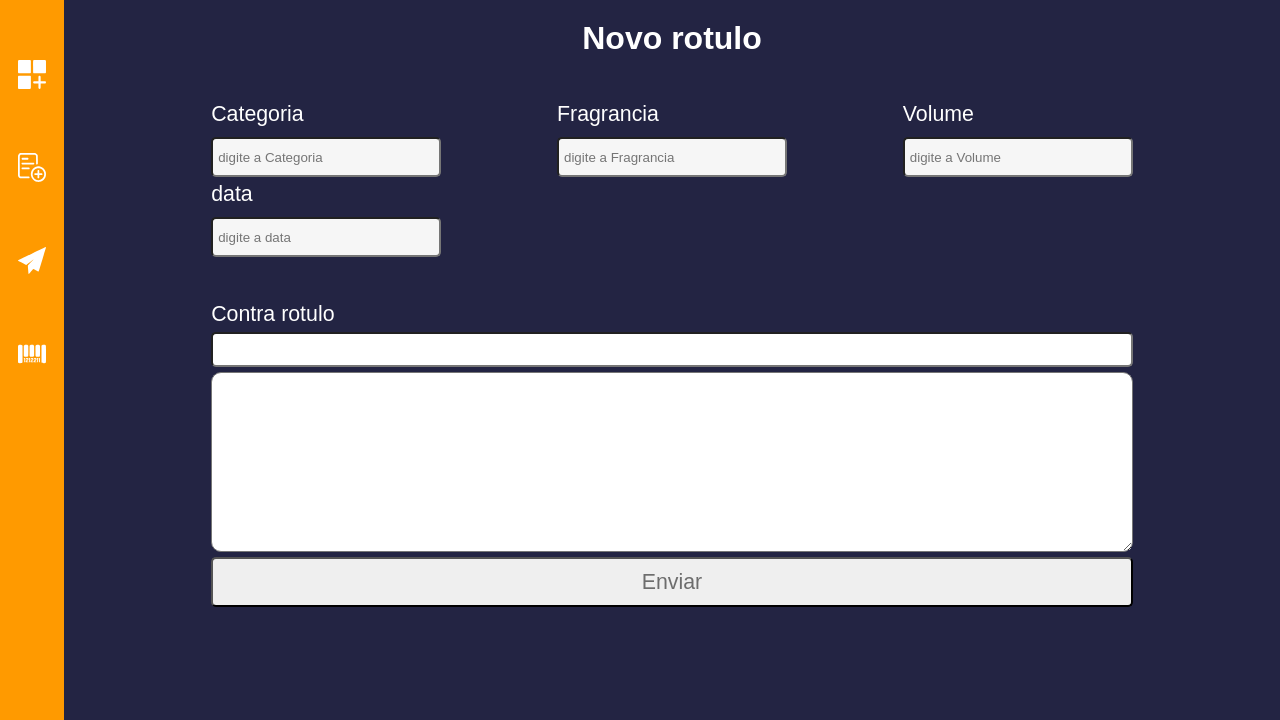
Repository: jeanjanrley/Organizador-de-rotulos
Page: /
These files come from the project's save history. The page is drawn as it stood at one moment and after a run of saves; the edit follows.
The browser window is 1280 px wide. The pictures show the whole page.
The project was rebuilt for these pictures with package versions that can differ from the ones it lists, and the page was loaded fresh each time. Also part of the build but not shown: src/components/rotulo/style.scss, src/components/rotulo/index.js, src/pages/consultar/index.js, src/pages/fragrancia/styles.scss, src/pages/fragrancia/index.jsx, src/pages/categoria/styles.scss, src/pages/categoria/index.jsx, src/pages/responsavel/styles.scss and 5 more.

Above is the page before, as saved 2021-06-29 20:28:13.

After the next 2 saves:
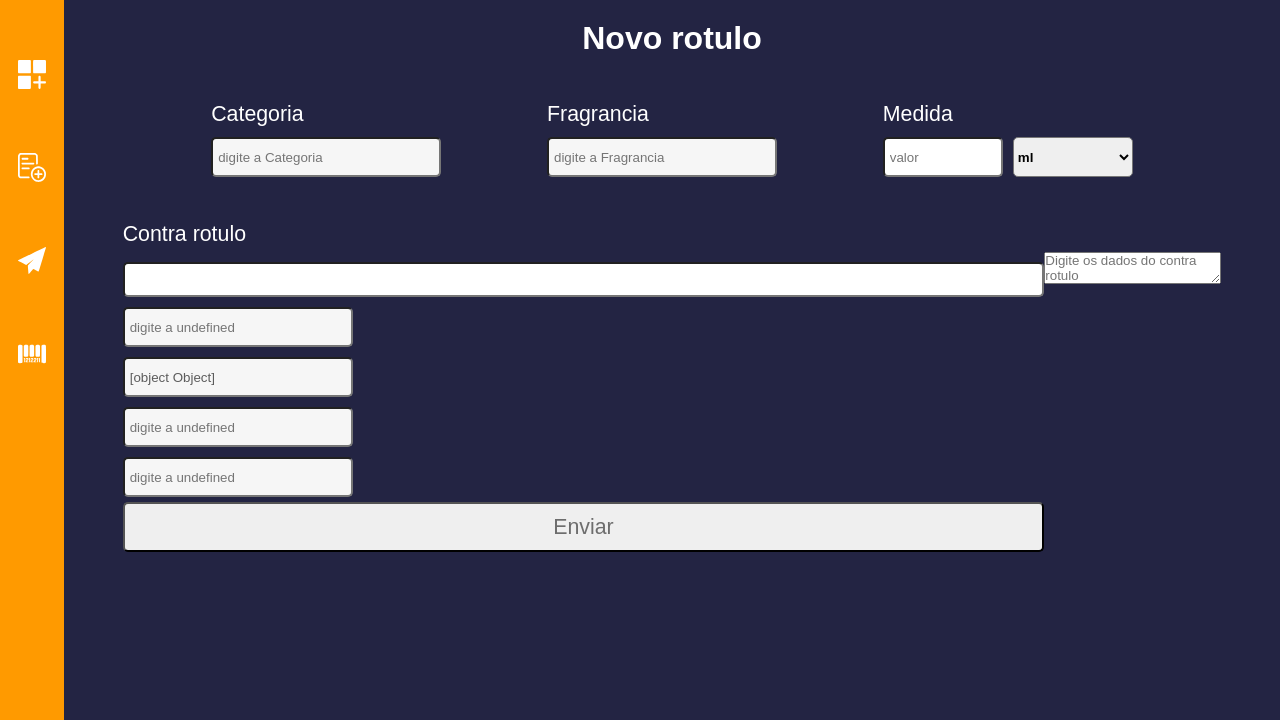
The 2 saves are shown as one change because they came seconds apart.
The last was saved 3 min 45 s later.
--- a/src/pages/home/Home.js
+++ b/src/pages/home/Home.js
@@ -2,6 +2,7 @@ import React, {useState} from 'react';
 import Aside from '../../components/aside/index'
 import Filter from '../../components/filter/index'
 import {firebase} from '../../services/firebase'
+import Medida from '../../components/medida/index'
 
 import './styles.scss'
 
@@ -9,17 +10,23 @@ import './styles.scss'
 export default function Home(){
     const [categoria, setCategoria] = useState('')
     const [fragrancia, setFragrancia] = useState('')
-    const [volume, setVolume] = useState('')
-    const [data, setData] = useState('')
+    const [medida, setMedida] = useState({})
+    const [lote, setLote] = useState('')
+    const [data, setData] = useState({})
+    const [validade, setValidade] = useState(null)
+    const [responsavel, setResponsavel] = useState('')
+    const [contraRotulo, setContraRotulo] = useState('')
     const [contraRotulos, setContraRotulos] = useState('')
-    const [contraRotulo, setContraRotulo] = useState('')
 
-    function writeRotulo(categoria, fragrancia, volume, data, contraRotulo) {
-        firebase.database().ref('rotulos/' + `${categoria}/${categoria} - ${fragrancia} - ${volume}`).set({
+    function writeRotulo (categoria, fragrancia, medida, lote, data, validade, responsavel, contraRotulo) {
+        firebase.database().ref('rotulos/' + `${categoria} | ${fragrancia} | ${medida}`).set({
           categoria: categoria,
           fragrancia: fragrancia,
-          volume: volume,
-          data: data,
+          medida: medida,
+          lote: lote,
+          dataDeProdução: data,
+          validade: validade,
+          responsavel: responsavel,
           contraRotulo: contraRotulo,
         });
       }
@@ -34,30 +41,45 @@ export default function Home(){
 
                 <h1>Novo rotulo</h1>
                 <div className="filterArea">
-                    <Filter title="Categoria" setState={setCategoria} value={categoria}/>
-                    <Filter title="Fragrancia" setState={setFragrancia} value={fragrancia}/>
-                    <Filter title="Volume" setState={setVolume} value={volume}/>
-                    <Filter title="data" setState={setData} value={data}/>
+                    <Filter placeholder="Ex: 'Sabonete liquido..'" title="Categoria" setState={setCategoria} value={categoria}/>
+                    <Filter placeholder="Ex: 'Lavanda..'" title="Fragrancia" setState={setFragrancia} value={fragrancia}/>
+                    <Medida title="Medida" setState={setMedida} value={medida}  type="number" placeholder="valor"/>
                 </div>
 
                 <div className="contra-rotulo">
                     <span>Contra rotulo</span>
 
-                    <input
-                    value={contraRotulos}
-                    onChange={(event) => setContraRotulos(event.target.value)}
-                    list="contra-rotulos"
-                    className="filter-rotulo"/>
 
-                    <datalist id='contra-rotulos'>
-                        <option value='Aromatizante - Cereja e aveia - 250 ml'/>
-                    </datalist>
+                    <div className="data-rotulos">
 
-                    <textarea
-                         value={contraRotulo}
-                         onChange={(event) => setContraRotulo(event.target.value)}
-                    />
-                    <button onClick={() => writeRotulo(categoria, fragrancia, volume, data, contraRotulo)} type="button">Enviar</button>
+                        <div className="contra-rotulo-area">
+                            <input
+                            value={contraRotulos}
+                            onChange={(event) => setContraRotulos(event.target.value)}
+                            list="contra-rotulos"
+                            className="filter-rotulo"/>
+
+                            <datalist id='contra-rotulos'>
+                                <option value='Aromatizante - Cereja e aveia - 250 ml'/>
+                            </datalist>
+
+                            <textarea
+                                placeholder="Digite os dados do contra rotulo"
+                                value={contraRotulo}
+                                onChange={(event) => setContraRotulo(event.target.value)}
+                            />
+                        </div>
+
+                        <div className="sub-filters-area">
+                            <Filter className="Filter" placeholder="lote da fragrancia" setState={setLote}/>
+                            <Filter className="Filter" subTitle="data de produção" placeholder="Data de produção" type="date" setState={setData} value={data}/>
+                            <Filter className="Filter" type="number" placeholder="Validade em anos" setState={setValidade}/>
+                            <Filter className="Filter" placeholder="Responsavel tecnico" setState={setResponsavel}/>
+                        </div>
+
+
+                    </div>
+                    <button onClick={() => writeRotulo(categoria, fragrancia, medida, lote, data, validade, responsavel, contraRotulo)} type="button">Enviar</button>
                 </div>
 
 
